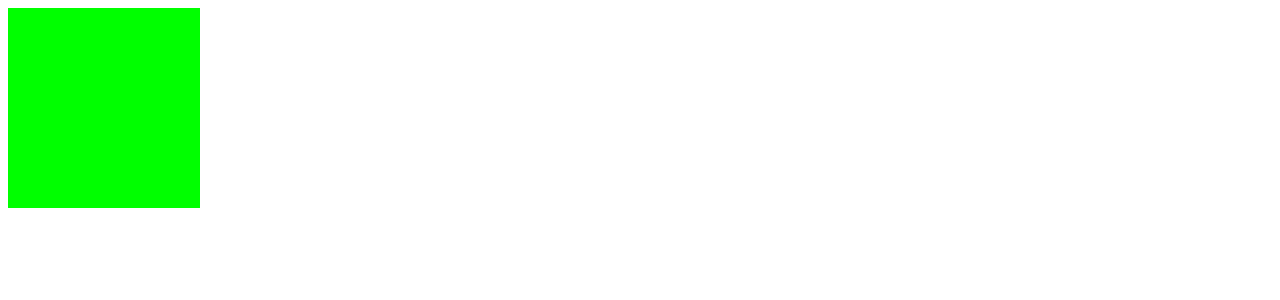
Repository: Divineridh/LPPAChallenges
Page: Trabajos en Clase/ejercicio cajas css/index.html
These files come from the project's save history. The page is drawn as it stood at one moment and after the next save; the edit follows.
The browser window is 1280 px wide. The pictures show the whole page.

Above is the page before, as saved 2022-04-26 20:31:53.

### Trabajos en Clase/ejercicio cajas css/index.html
<!DOCTYPE html>
<html lang="en">
<head>
    <meta charset="UTF-8">
    <meta http-equiv="X-UA-Compatible" content="IE=edge">
    <meta name="viewport" content="width=device-width, initial-scale=1.0">
    <link href="/index.css" rel="stylesheet">
    <title>Document</title>
</head>
<body>
    <div class="square1 squares">

    </div>
    <div class="square2 squares">

    </div>
    <div class="square3 squares">

    </div>
</body>
</html>

### Trabajos en Clase/ejercicio cajas css/index.css
.square1 {
    background-color: rgb(255, 0, 0);
}

.square2 {
    background-color:rgb(255, 255, 0);
}

.square3 {
    background-color: rgb(0, 255, 0);
}

.squares {
    display: block;
    position: absolute;
    width: 15%;
    height: 200px;
}

After the next save:
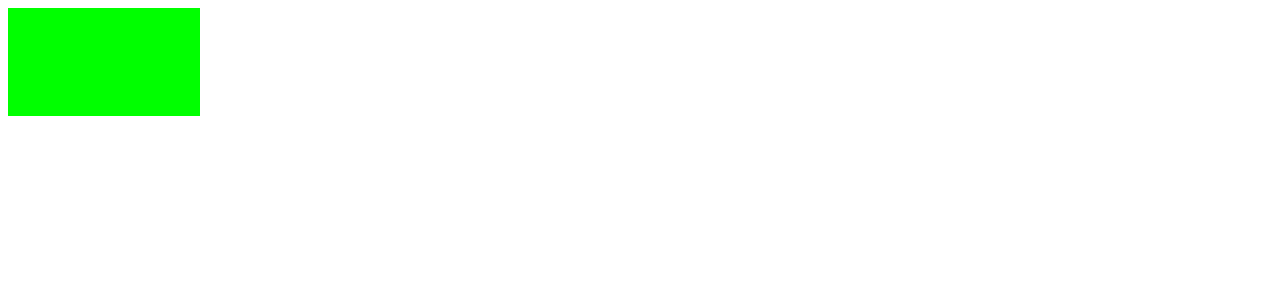
Saved 4 s later.
--- a/Trabajos en Clase/ejercicio cajas css/index.css
+++ b/Trabajos en Clase/ejercicio cajas css/index.css
@@ -14,5 +14,5 @@
     display: block;
     position: absolute;
     width: 15%;
-    height: 200px;
+    height: 15%;
 }
